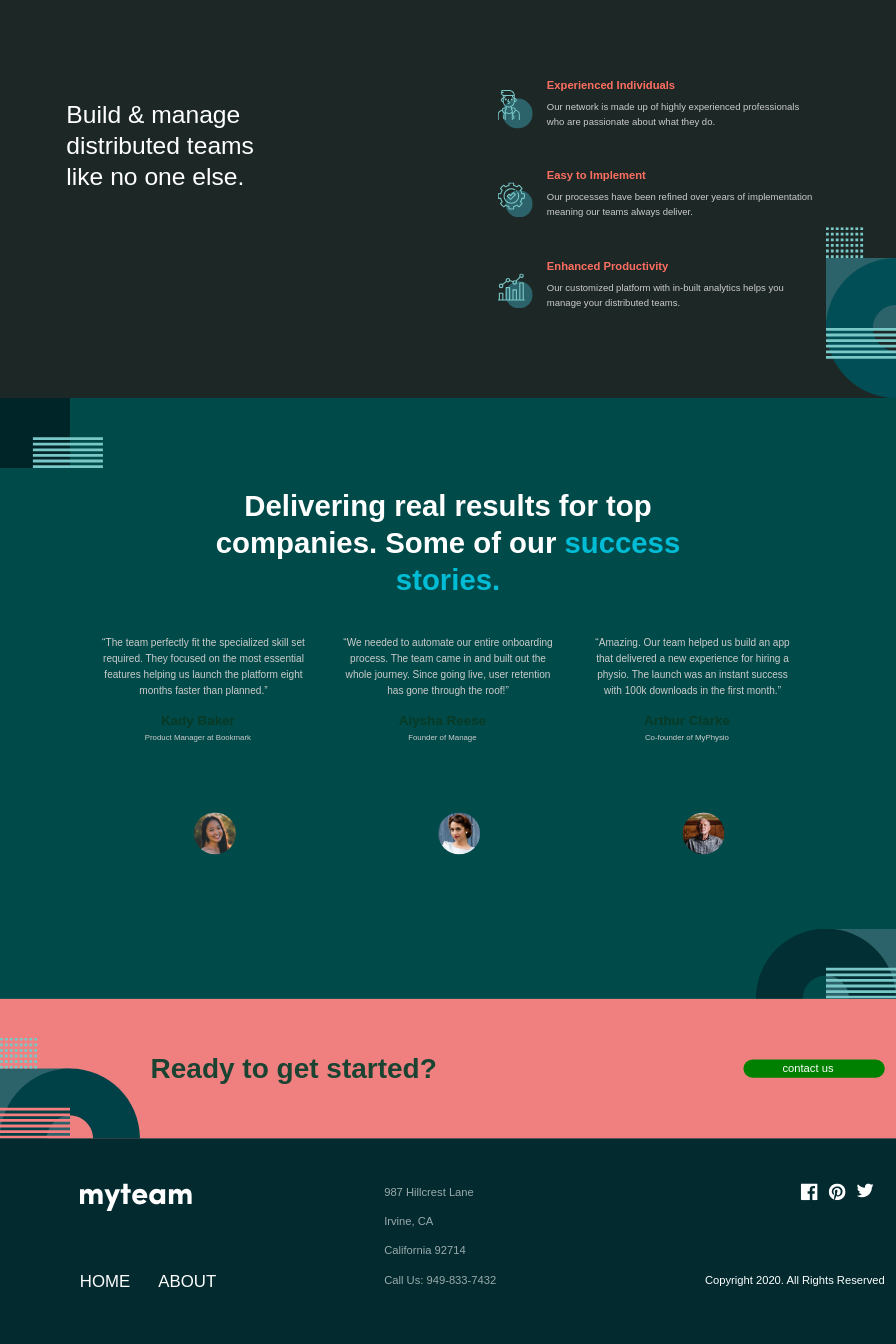
Repository: Gabriel221-dev/Project-page-main
Page: /
The author's editor kept a copy of each file at every save. The page is drawn from the files as they stood at one save, then again after the next save.
The browser window is 1280 px wide. The pictures show the part of the page from y = 692 to 2612 px (the page is 2612 px tall), at 70% of full size.
The project was rebuilt for these pictures with package versions that can differ from the ones it lists, and the page was loaded fresh each time. Also part of the build but not shown: vite.config.js, src/pages/About.css, src/components/DirectorCard.css, src/components/DirectorCard.jsx, src/pages/About.jsx, src/pages/Contact.css, src/pages/Contact.jsx.

Above is the page before, as saved 2024-07-23 18:20:43.

After the next save:
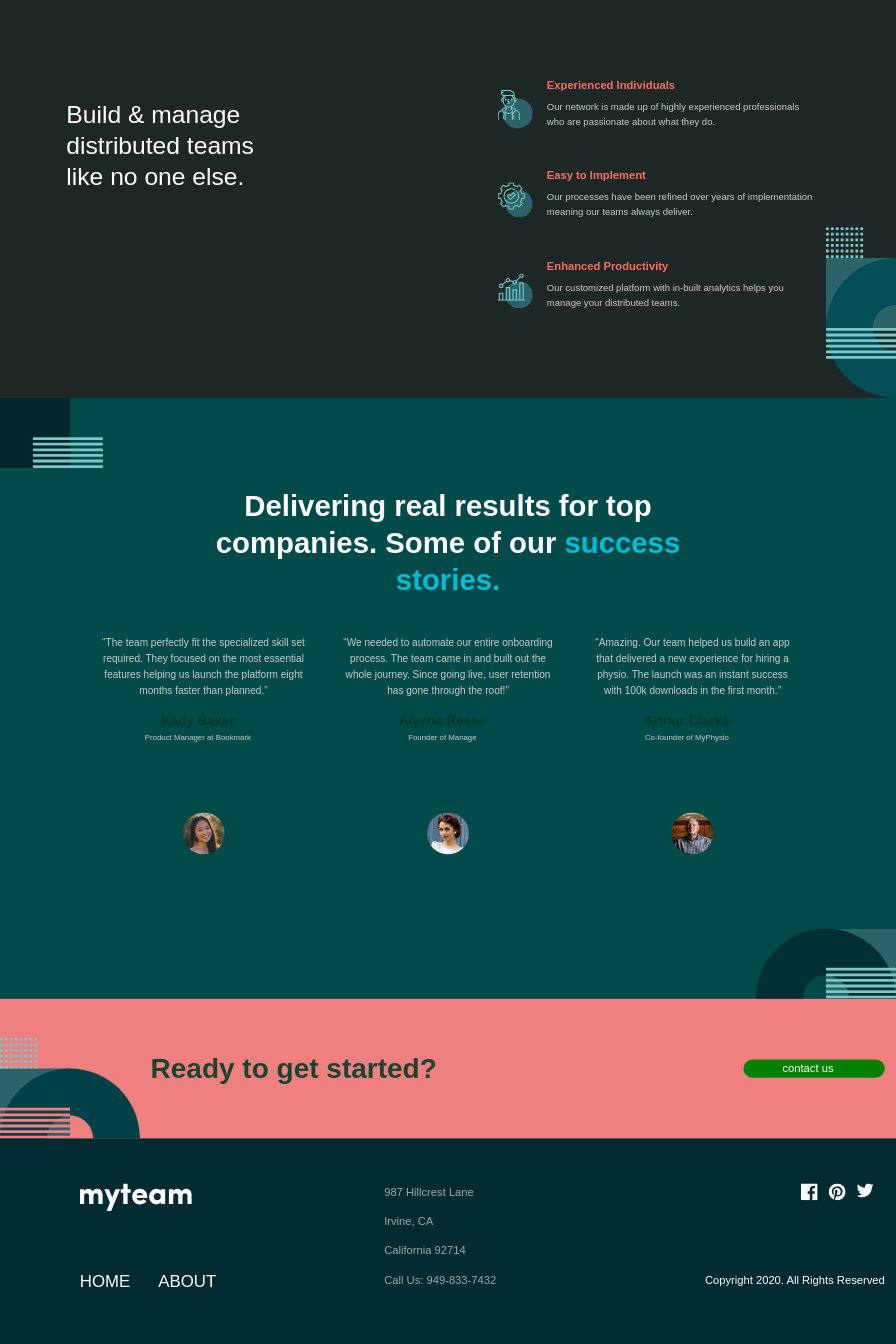
Saved 16 s later.
--- a/src/pages/Home.css
+++ b/src/pages/Home.css
@@ -331,7 +331,7 @@
     height: 60px;
     border-radius: 50%;
     align-self: center;
-    margin: 0rem 2rem 1rem 4rem ;
+    margin: 0rem 0rem 1rem 0rem ;
   }
 
 
